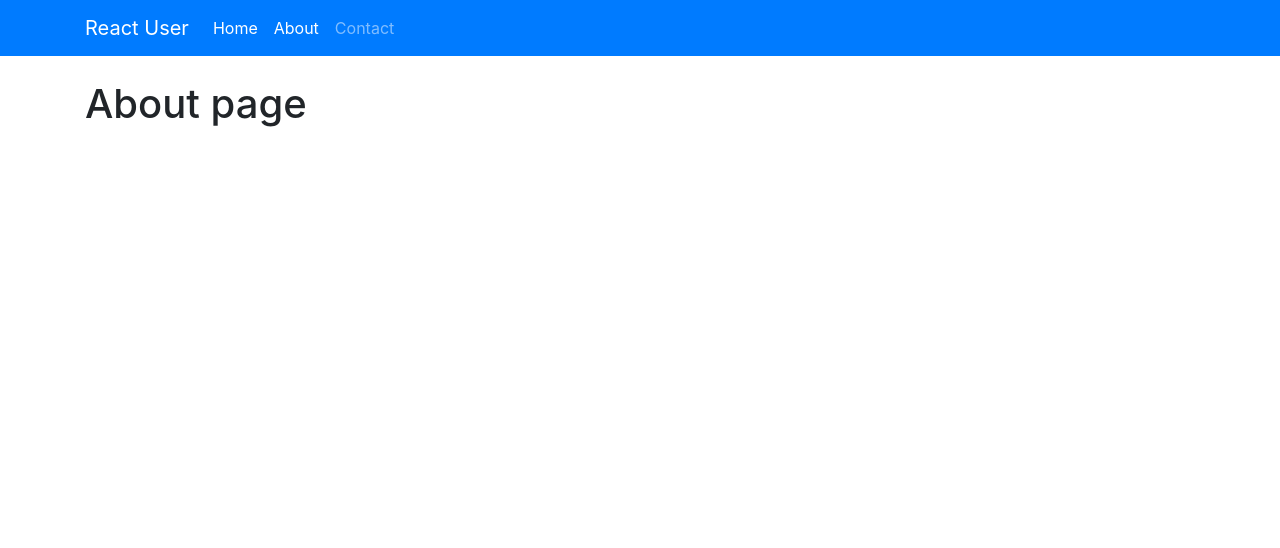
Repository: hardik2626/reactcrud2020
Page: /about
These files come from the project's save history. The page is drawn as it stood at one moment and after the next save; the edit follows.
The browser window is 1280 px wide. The pictures show the whole page.
The project was rebuilt for these pictures with package versions that can differ from the ones it lists, and the page was loaded fresh each time. Also part of the build but not shown: src/index.css, src/App.css, src/component/pages/Home.js, src/component/pages/Contact.js.

Above is the page before, as saved 2020-10-28 17:55:51.

### src/App.js

import './App.css';
import '../node_modules/bootstrap/dist/css/bootstrap.css'
import Home from './component/pages/Home';
import About from './component/pages/About';
import Contact from './component/pages/Contact';
import Navbar from './component/layout/Navbar';
import {BrowserRouter as Router, Route, Switch} from 'react-router-dom'

function App() {
  return (
    <Router>
      <div className="App">
        <Navbar />
        <Switch>
          <Route exact path="/" component={Home} />
          <Route exact path="/about" component={About} />
          <Route exact path="/contact" component={Contact} />
        </Switch>
    </div>
    </Router>
  );
}

export default App;

### src/component/pages/About.js
import React from 'react'

const About = () => {
    return (
        <>
            <div className="container">
                <div className="py-4">
                    <h1>About page</h1>
                </div>
            </div>
        </>
    )
}

export default About

### src/component/layout/Navbar.js
import React from 'react'
import { NavLink } from 'react-router-dom'

const Navbar = () => {
    return (
        <>
            <nav className="navbar navbar-expand-lg navbar-dark  bg-primary">
                <div className="container">
                <NavLink className="navbar-brand" to="/">React User</NavLink>
                    <button className="navbar-toggler" type="button" data-toggle="collapse" data-target="#navbarSupportedContent" aria-controls="navbarSupportedContent" aria-expanded="false" aria-label="Toggle navigation">
                        <span className="navbar-toggler-icon"></span>
                    </button>

                    <div className="collapse navbar-collapse">
                        <ul className="navbar-nav mr-auto">
                        <li className="nav-item active">
                            <NavLink className="nav-link" to="/">Home</NavLink>
                        </li>
                        <li className="nav-item">
                            <NavLink className="nav-link" to="/about">About</NavLink>
                        </li>
                        <li className="nav-item">
                            <NavLink className="nav-link" to="/contact">Contact</NavLink>
                        </li>



                        </ul>
                    </div>
                </div>
            </nav>
        </>
    )
}

export default Navbar

Loaded but not shown: public/index.html (common file); src/index.js (common file)

After the next save:
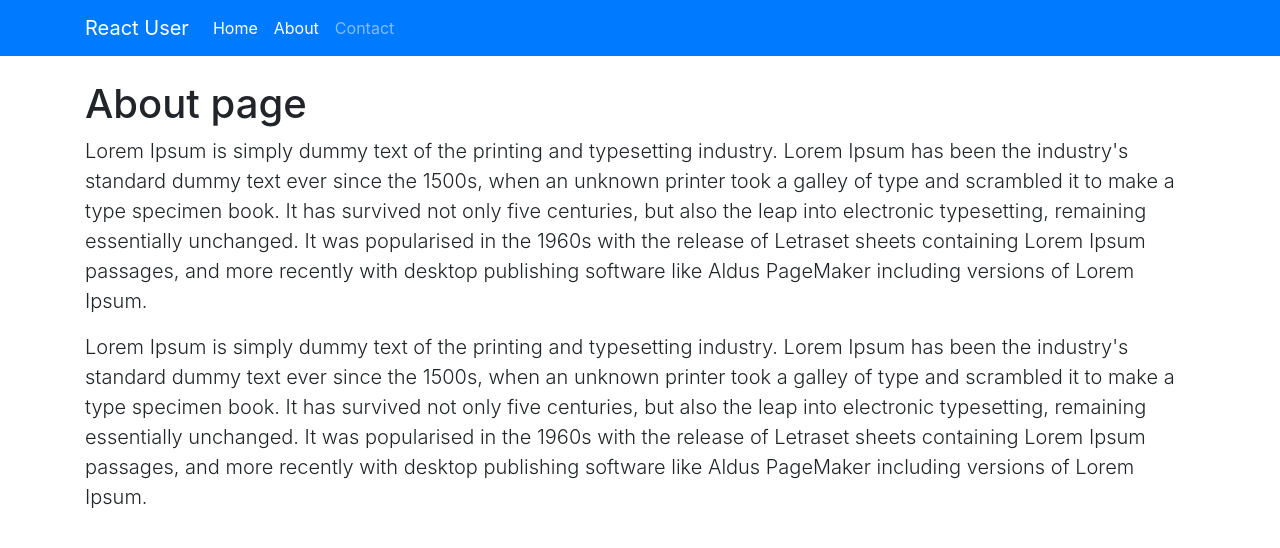
Saved 77 s later.
--- a/src/component/pages/About.js
+++ b/src/component/pages/About.js
@@ -6,6 +6,13 @@ const About = () => {
             <div className="container">
                 <div className="py-4">
                     <h1>About page</h1>
+                    <p className="lead">
+                    Lorem Ipsum is simply dummy text of the printing and typesetting industry. Lorem Ipsum has been the industry's standard dummy text ever since the 1500s, when an unknown printer took a galley of type and scrambled it to make a type specimen book. It has survived not only five centuries, but also the leap into electronic typesetting, remaining essentially unchanged. It was popularised in the 1960s with the release of Letraset sheets containing Lorem Ipsum passages, and more recently with desktop publishing software like Aldus PageMaker including versions of Lorem Ipsum.
+                    </p>
+
+                    <p className="lead">
+                    Lorem Ipsum is simply dummy text of the printing and typesetting industry. Lorem Ipsum has been the industry's standard dummy text ever since the 1500s, when an unknown printer took a galley of type and scrambled it to make a type specimen book. It has survived not only five centuries, but also the leap into electronic typesetting, remaining essentially unchanged. It was popularised in the 1960s with the release of Letraset sheets containing Lorem Ipsum passages, and more recently with desktop publishing software like Aldus PageMaker including versions of Lorem Ipsum.
+                    </p>
                 </div>
             </div>
         </>
